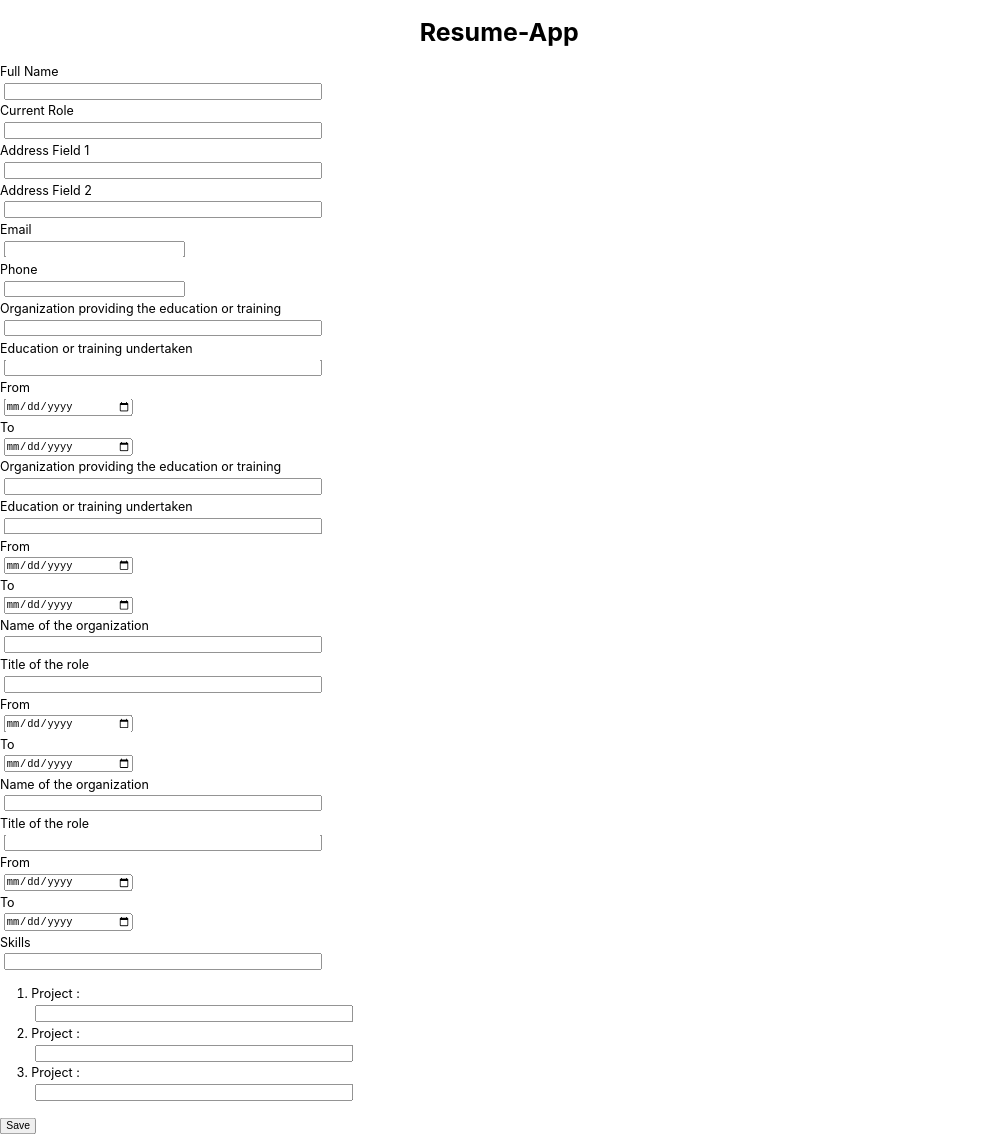
Repository: 0101chaitanya/resume-app
Page: /
An editor plug-in stored every save of this project. The page is shown before and after a run of saves, followed by the edit.
The browser window is 1280 px wide. The pictures show the whole page, at 78% of full size.
The project was rebuilt for these pictures with package versions that can differ from the ones it lists, and the page was loaded fresh each time.

Above is the page before, as saved 2021-07-28 15:41:08.

After the next 2 saves:
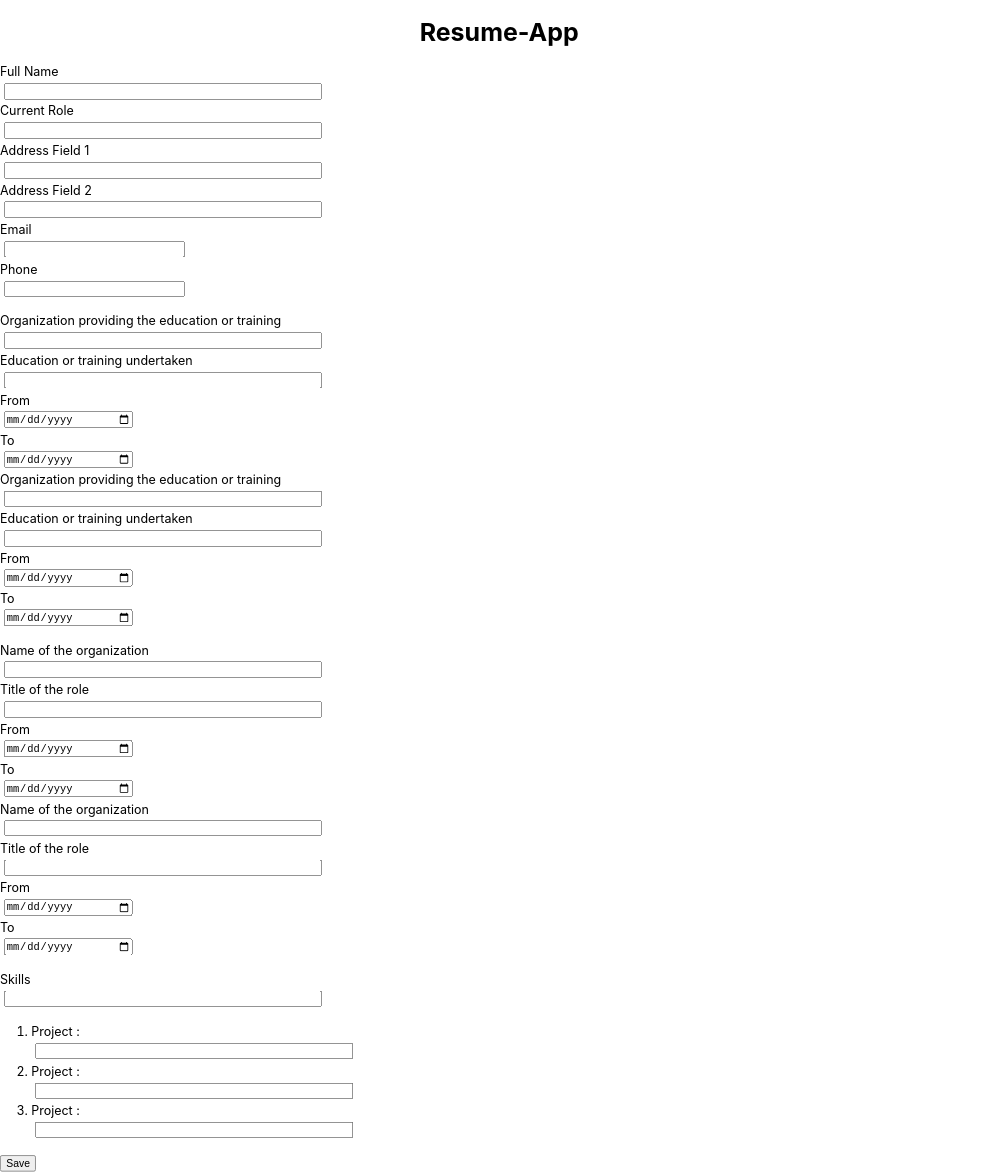
The 2 saves are shown as one change because they came seconds apart.
The last was saved 15 s later.
--- a/src/App.css
+++ b/src/App.css
@@ -34,6 +34,5 @@ input[type="date"] {
 .section3,
 .section4,
 .section5 {
-  margin: 3rem;
-  margin: auto;
+  margin: 1rem auto;
 }
